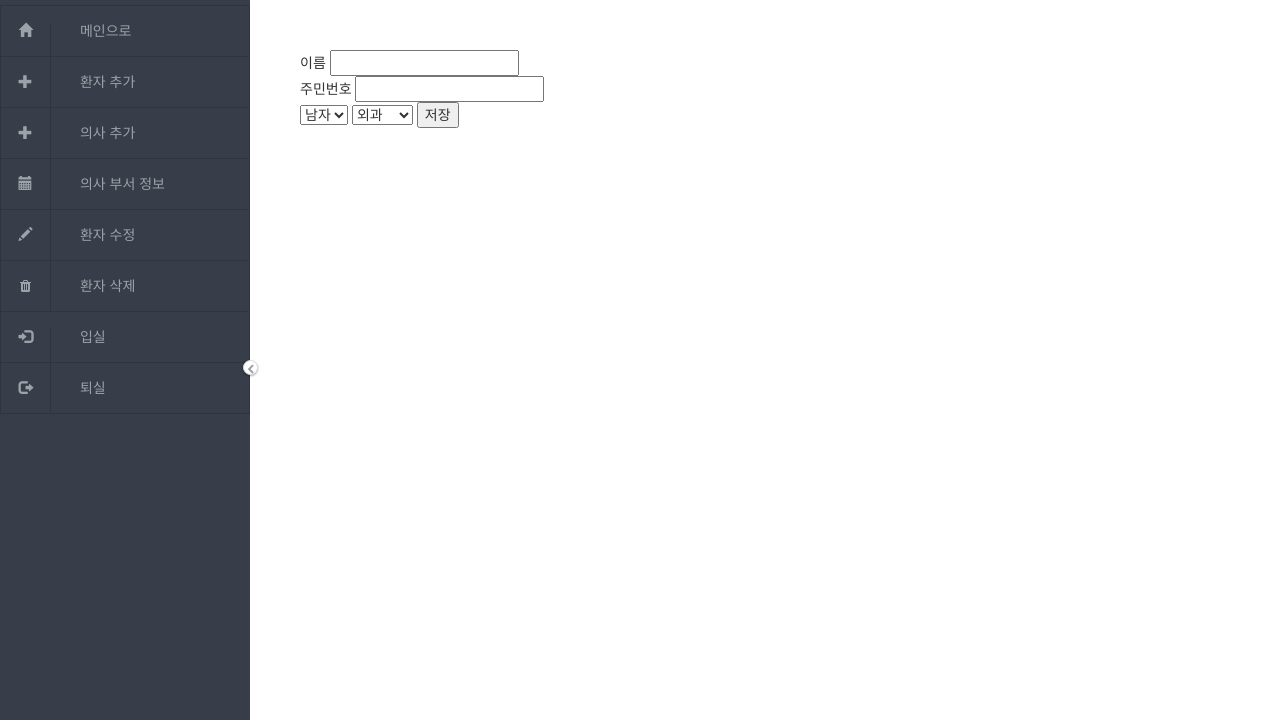
Repository: qaws1134/Hospital_manager
Page: http://localhost/project/D_add.jsp
These files come from the project's save history. The page is drawn as it stood at one moment and after the next save; the edit follows.
The browser window is 1280 px wide. The pictures show the whole page.
Some web libraries are served in a nearby version. The page is served by Tomcat 9.

Above is the page before, as saved 2017-12-09 16:47:40.
Console error (its wording comes from the project's code and is left out).

After the next save:
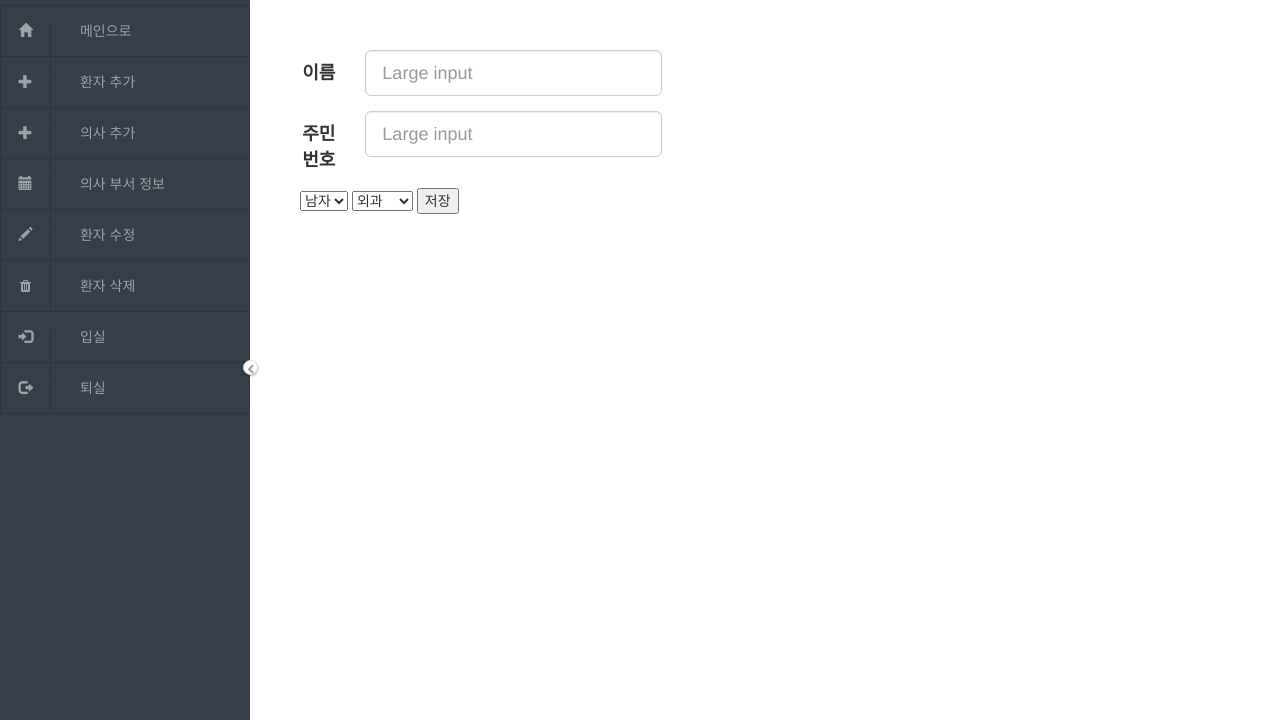
Saved 4 min 53 s later.
--- a/project/WebContent/D_add.jsp
+++ b/project/WebContent/D_add.jsp
@@ -204,9 +204,19 @@ nav ul li a span {
 	</ul>
 </nav>
 <section style="position:absolute; top:50px;left:300px">
-	<form action ="D_add.do" method="post">
-	이름	<input type ="text" name ="D_NAME"><br/>
-	주민번호	<input type ="text" name ="D_PERNUM"><br/>
+	<form class="form-horizontal" action ="D_add.do" method="post">
+  <div class="form-group form-group-lg">
+    <label class="col-sm-2 control-label" for="formGroupInputLarge">이름</label>
+    <div class="col-sm-10">
+      <input class="form-control" type="text" id="formGroupInputLarge" placeholder="Large input" name ="D_NAME">
+    </div>
+  </div>
+  <div class="form-group form-group-lg">
+      <label class="col-sm-2 control-label" for="formGroupInputLarge">주민번호</label>
+    <div class="col-sm-10">
+      <input class="form-control" type="text" id="formGroupInputLarge" placeholder="Large input" name ="D_PERNUM">
+    </div>
+	</div>
 	<select name ="D_GENDER">
 		<option value="남자">남자</option>
 		<option value="여자">여자</option>
@@ -218,7 +228,7 @@ nav ul li a span {
 		<option value="피부과">피부과</option>
 	</select>
 	<input type="submit" value="저장">
-	</form>
+</form>
 
 </section>
 </body>
